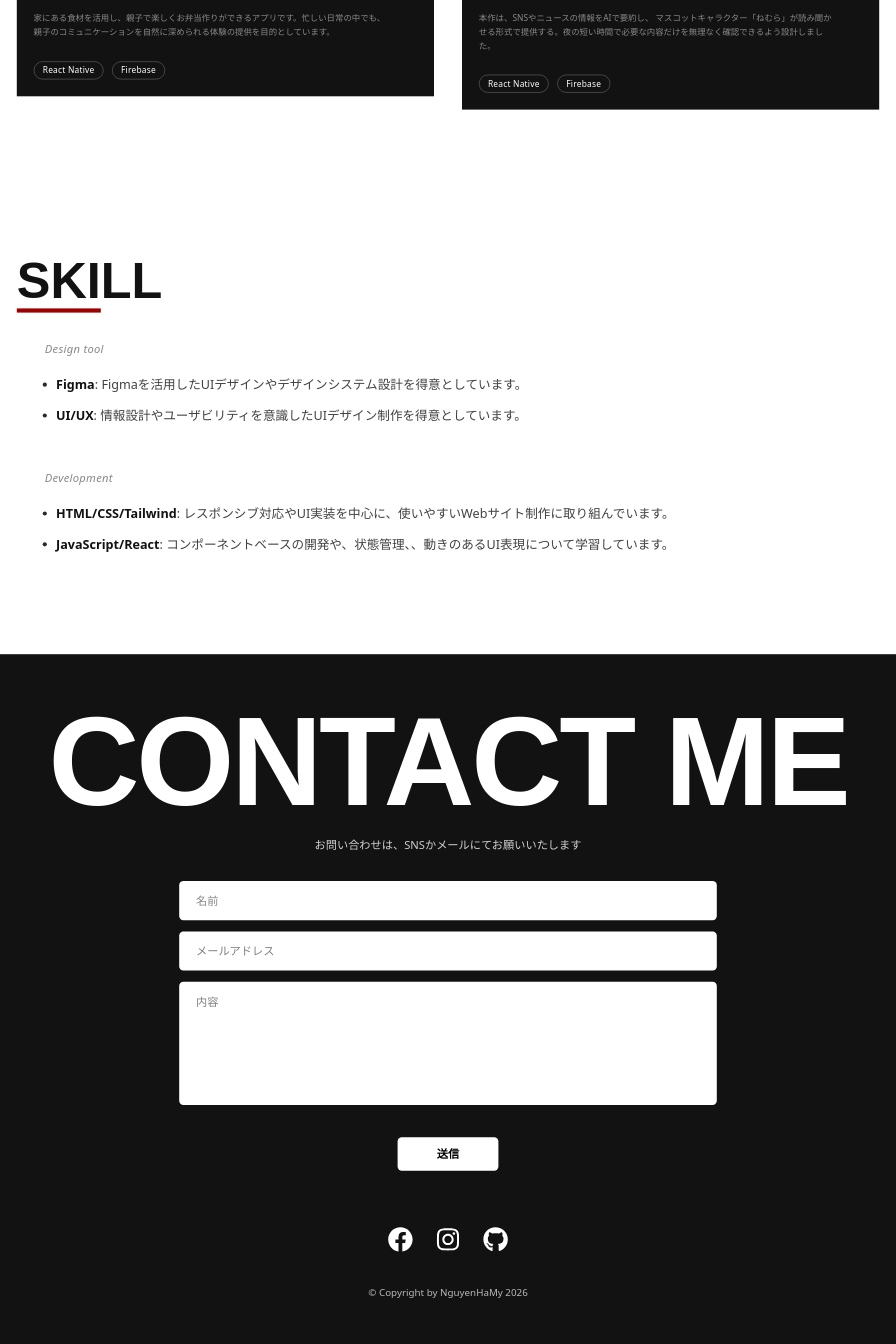
Repository: meme2603/Portfolio-HaMy
Page: / (app in my-portfolio/)
These files come from the project's save history. The page is drawn as it stood at one moment and after the next save; the edit follows.
The browser window is 1280 px wide. The pictures show the part of the page from y = 4442 to 6362 px (the page is 6362 px tall before and 6314 px after), at 70% of full size.
Some web fonts or font styles are not loaded; a fallback is used. The project was rebuilt for these pictures with package versions that can differ from the ones it lists, and the page was loaded fresh each time. Also part of the build but not shown: my-portfolio/vite.config.js.

Above is the page before, as saved 2026-05-29 14:51:50.

After the next save:
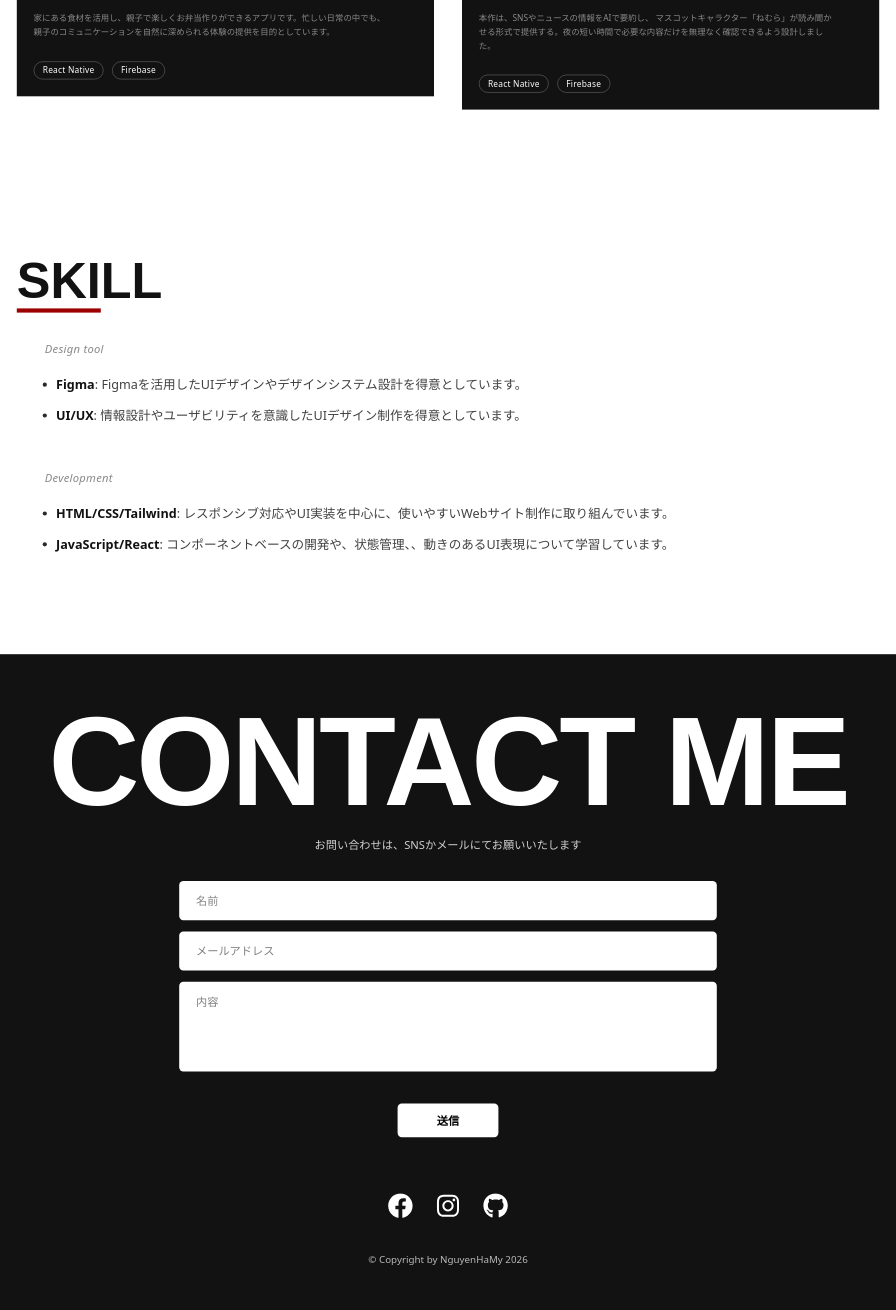
Saved 21 s later.
--- a/my-portfolio/src/components/Contact.jsx
+++ b/my-portfolio/src/components/Contact.jsx
@@ -62,7 +62,7 @@ function Contact() {
           />
           <textarea
             placeholder="内容"
-            rows="6"
+            rows="4"
             className="
                     w-full
                     bg-white
